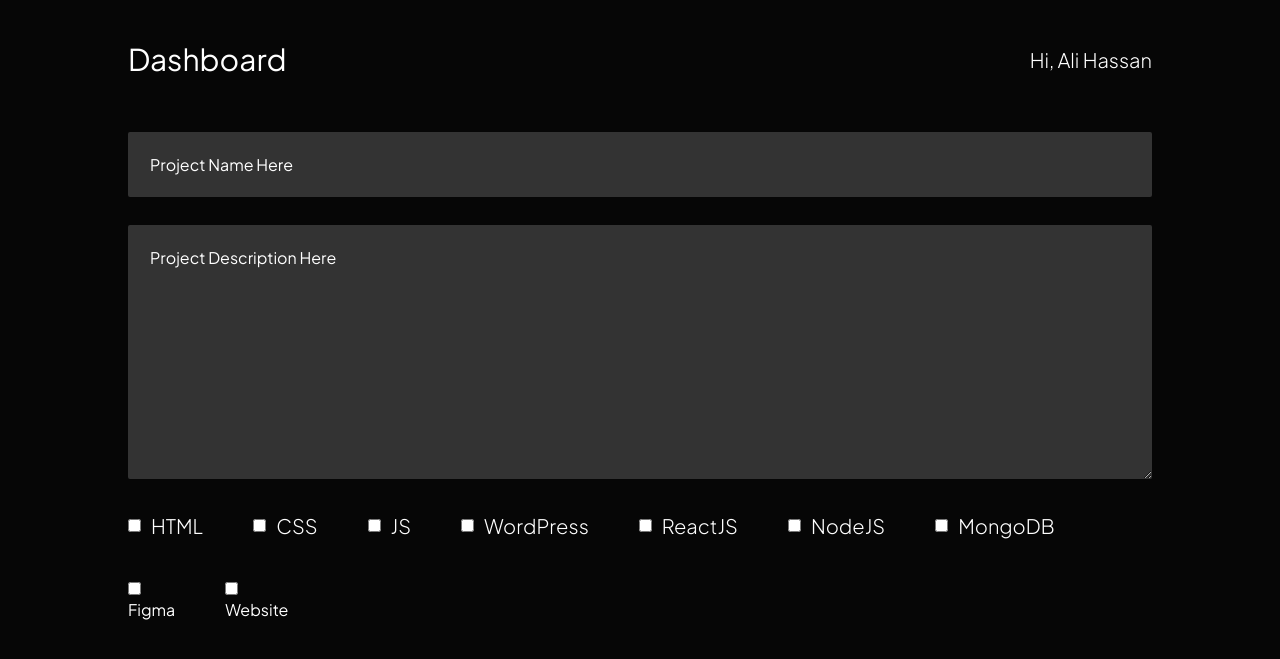
Repository: AliHassan02-Dev/PORTFOLIO
Page: /AdminDashborad (app in Front-end/)
These files come from the project's save history. The page is drawn as it stood at one moment and after the next save; the edit follows.
The browser window is 1280 px wide. The pictures show the whole page.
The project was rebuilt for these pictures with package versions that can differ from the ones it lists, and the page was loaded fresh each time. Also part of the build but not shown: Front-end/vite.config.js, Front-end/src/Pages/Home.jsx, Front-end/src/Pages/About.jsx, Front-end/src/Components/Footer.jsx, Front-end/src/Components/Navbar.jsx, Front-end/src/data.js, Front-end/src/Components/ProjectsBox.jsx, Front-end/src/App.jsx and 5 more.

Above is the page before, as saved 2024-08-31 07:15:11.

### Front-end/src/main.jsx
import React from 'react'
import ReactDOM from 'react-dom/client'
import App from './App.jsx'
import './App.css'
import { BrowserRouter, Route, Routes } from 'react-router-dom'
import AllProjects from './Pages/AllProjects.jsx'
import ProjectPreview from './Components/ProjectPreview.jsx'
import Login from './Pages/Login.jsx'
import { Register } from './Pages/Register.jsx'
import AdminDashboard from './Pages/AdminDashboard.jsx'

ReactDOM.createRoot(document.getElementById('root')).render(
  <>
    <BrowserRouter>
      <Routes>
        <Route path='/' element={<App />} />
        <Route path='/Login' element={<Login />} />
        <Route path='/Register' element={<Register />} />
        <Route path='/AdminDashborad' element={<AdminDashboard />} />
        <Route path='/Projects' element={<AllProjects />} />
        <Route path='/projects/projectPreview' element={<ProjectPreview />} />
      </Routes>
    </BrowserRouter>
  </>
)

### Front-end/src/Pages/AdminDashboard.jsx
import React from "react";

const AdminDashboard = () => {
  return (
    <div className="dashboardWrapper">
      <div className="dashboardContainer">
        <div className="topBar">
          <div className="left">
            <h2>Dashboard</h2>
          </div>
          <div className="right">
            <h2>Hi, Ali Hassan</h2>
          </div>
        </div>
        <div className="midContainer">
          <input
            type="text"
            name="projectName"
            placeholder="Project Name Here"
          />
          <textarea name="projectDesc" cols="30" rows="10" placeholder="Project Description Here"></textarea>

          <div className="skillBox">
            <div className="skillBar">
              <input type="checkbox" name="skillName" value="Html" />
              <p>HTML</p>
            </div>
            <div className="skillBar">
              <input type="checkbox" name="skillName" value="Css" />
              <p>CSS</p>
            </div>
            <div className="skillBar">
              <input type="checkbox" name="skillName" value="Js" />
              <p>JS</p>
            </div>
            <div className="skillBar">
              <input type="checkbox" name="skillName" value="Wordpress" />
              <p>WordPress</p>
            </div>
            <div className="skillBar">
              <input type="checkbox" name="skillName" value="React" />
              <p>ReactJS</p>
            </div>
            <div className="skillBar">
              <input type="checkbox" name="skillName" value="Node" />
              <p>NodeJS</p>
            </div>
            <div className="skillBar">
              <input type="checkbox" name="skillName" value="MongoDb" />
              <p>MongoDB</p>
            </div>
          </div>

          <div className="linksBox">
            <div className="linkBar">
              <input type="checkbox" name="projectLinks" value="Figma" />
              <p>Figma</p>
            </div>
            <div className="linkBar">
              <input type="checkbox" name="projectLinks" value="Website" />
              <p>Website</p>
            </div>
          </div>
        </div>
      </div>
    </div>
  );
};

export default AdminDashboard;

### Front-end/src/Pages/Skills.jsx
import React from "react";
import { TiHtml5 } from "react-icons/ti";
import { IoLogoCss3 } from "react-icons/io5";
import { SiJavascript } from "react-icons/si";
import { FaFigma } from "react-icons/fa6";
import { IoLogoWordpress } from "react-icons/io5";
import { FaNode } from "react-icons/fa6";
import { IoLogoReact } from "react-icons/io5";
import { SiMongodb } from "react-icons/si";

const skillsData = [
  {
    id: "1",
    skill: "HTML",
    aniClassName: "leftSide",
    logo: <TiHtml5 className="skillLogo" />,
  },
  {
    id: "2",
    skill: "CSS",
    aniClassName: "rightSide",
    logo: <IoLogoCss3 className="skillLogo" />,
  },
  {
    id: "3",
    skill: "JavaScript",
    aniClassName: "leftSide",
    logo: <SiJavascript className="skillLogo" />,
  },
  {
    id: "4",
    skill: "Figma",
    aniClassName: "rightSide",
    logo: <FaFigma className="skillLogo" />,
  },
  {
    id: "5",
    skill: "WordPess",
    aniClassName: "leftSide",
    logo: <IoLogoWordpress className="skillLogo" />,
  },
  {
    id: "6",
    skill: "ReactJs | ViteJs",
    aniClassName: "rightSide",
    logo: <FaNode className="skillLogo" />,
  },
  {
    id: "7",
    skill: "NodeJs",
    aniClassName: "leftSide",
    logo: <IoLogoReact className="skillLogo" />,
  },
  {
    id: "8",
    skill: "MongoDB",
    aniClassName: "rightSide",
    logo: <SiMongodb className="skillLogo" />,
  },
];

const Skills = () => {
  return (
    <div className="skillsContainer containers">
      <div className="top">
        <div className="left">
          <h2>MY SKILLS</h2>
        </div>
        <div className="right">
          <p>
            Building dynamic, user-focused web solutions with precision,
            creativity, and technical excellence.
          </p>
        </div>
      </div>
      <div className="bottom">
        {skillsData.map((elem, idx) => {
          return (
            <div className={`skillBar ${elem.aniClassName}`}>
              <div className="line"></div>
              <div className="left">
                <p>{elem.id}</p>
                <h2>{elem.skill}</h2>
              </div>
              <div className="right">{elem.logo}</div>
            </div>
          );
        })}
      </div>
    </div>
  );
};

export default Skills;

Loaded but not shown: Front-end/index.html (common file); Front-end/src/App.css (1521 lines, source omitted)

After the next save:
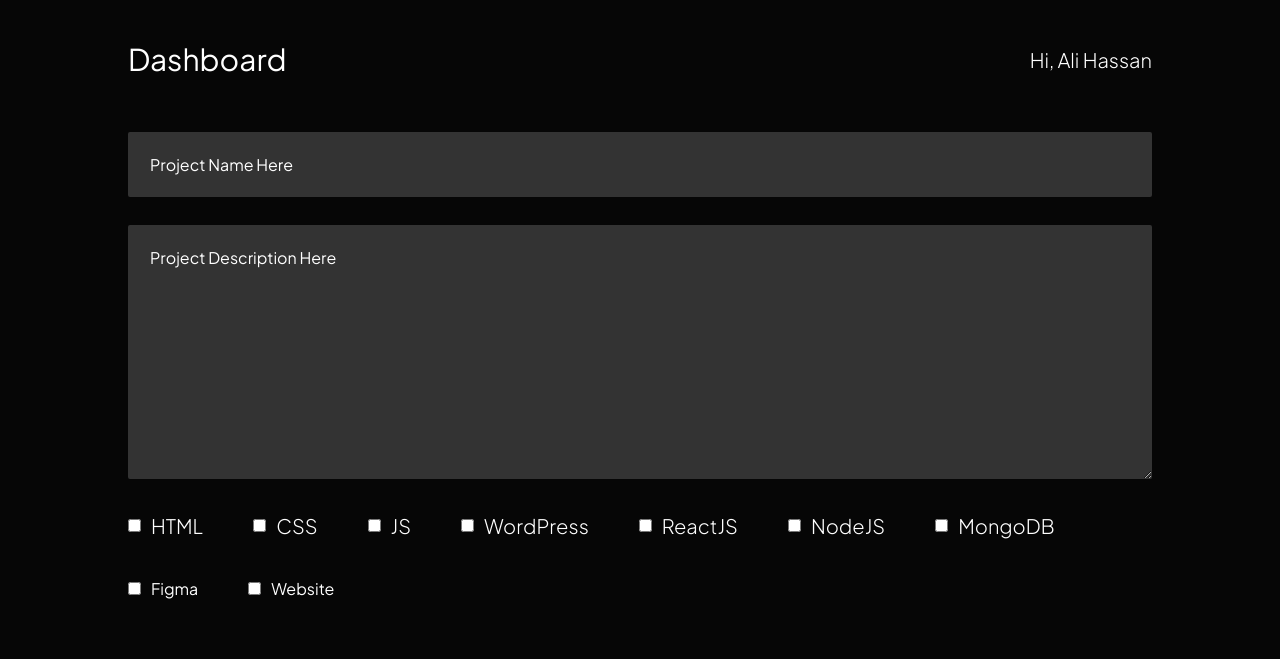
Saved 9 s later.
--- a/Front-end/src/Pages/AdminDashboard.jsx
+++ b/Front-end/src/Pages/AdminDashboard.jsx
@@ -52,11 +52,11 @@ const AdminDashboard = () => {
           </div>
 
           <div className="linksBox">
-            <div className="linkBar">
+            <div className="linksBar">
               <input type="checkbox" name="projectLinks" value="Figma" />
               <p>Figma</p>
             </div>
-            <div className="linkBar">
+            <div className="linksBar">
               <input type="checkbox" name="projectLinks" value="Website" />
               <p>Website</p>
             </div>
